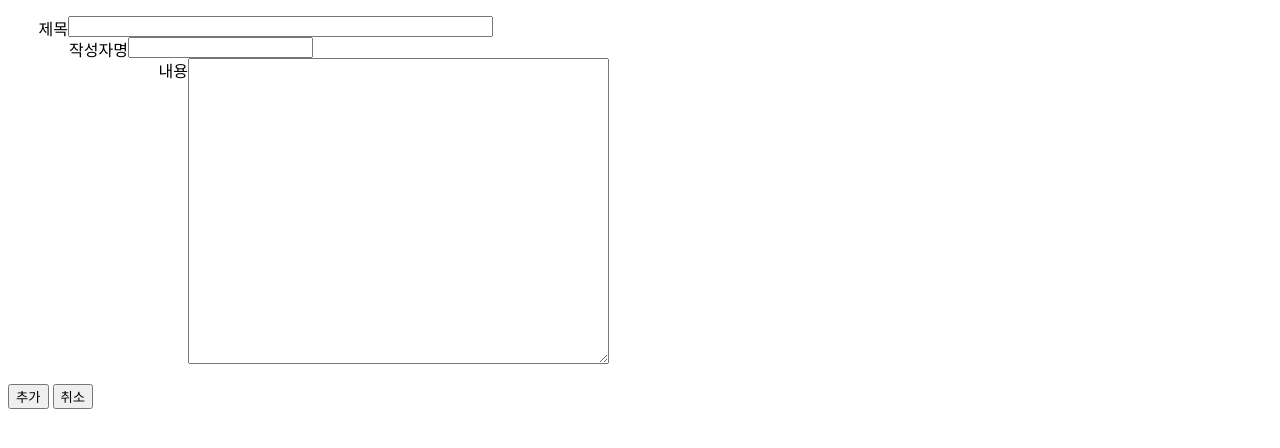
Repository: blaspheme7/immitation
Page: http://localhost/Board/board/NewWriting.jsp
These files come from the project's save history. The page is drawn as it stood at one moment and after the next save; the edit follows.
The browser window is 1280 px wide. The pictures show the whole page.
The page is served by Tomcat 9.

Above is the page before, as saved 2016-06-08 04:54:50.

After the next save:
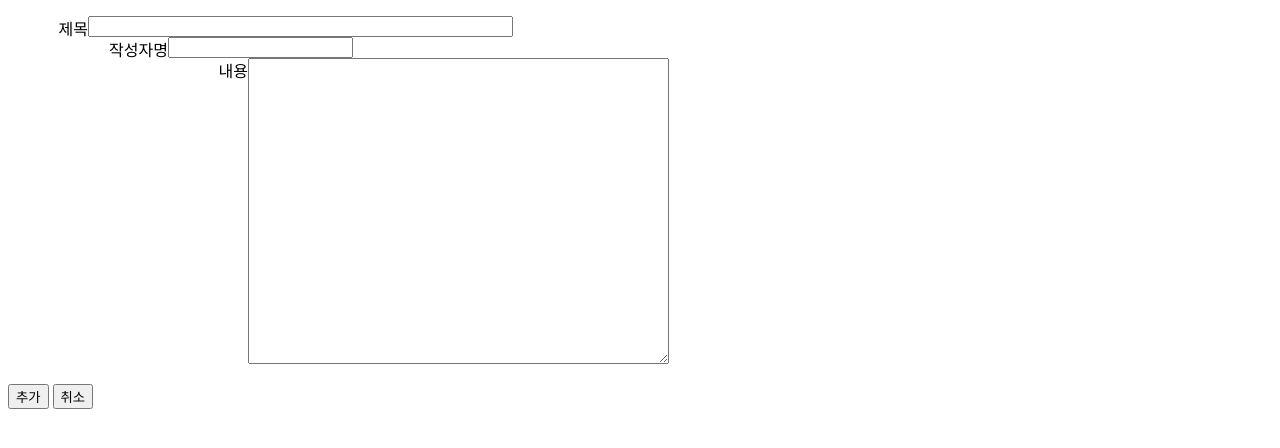
Saved 36 s later.
--- a/Board/WebContent/board/NewWriting.jsp
+++ b/Board/WebContent/board/NewWriting.jsp
@@ -12,7 +12,7 @@ li {list-style:none;}
 label {
 	float:left;
 	text-align:right;
-	width:60px;
+	width:80px;
 }</style>
 </head>
 <body>
